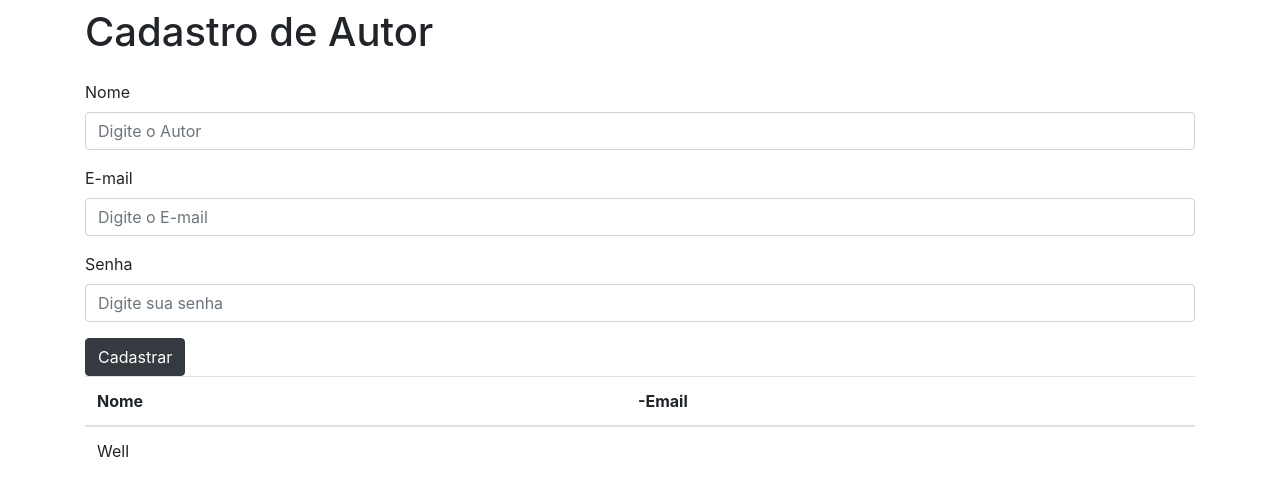
Repository: wellersonfc/simple-crud-react
Page: /
The author's editor kept a copy of each file at every save. The page is drawn from the files as they stood at one save, then again after the next save.
The browser window is 1280 px wide. The pictures show the whole page.
The project was rebuilt for these pictures with package versions that can differ from the ones it lists, and the page was loaded fresh each time.

Above is the page before, as saved 2019-09-22 16:13:48.

### src/App.js
import React, {Component} from 'react';
import logo from './logo.svg';
import 'bootstrap/dist/css/bootstrap.min.css';

class App extends Component {

  constructor(){
    super();
    this.state = {Lista : [{nome:'Luiz',email:'luiz@gosto.com', senha:'123456'}]};
  }

  render(){
    return(
      <div class="container">
        <h1 className="pt-2">Cadastro de Autor</h1>

        <div className="form-cadastro pt-3">
          <form>
            <div class="form-group">
              <label for="exampleInputEmail1">Nome</label>
              <input id="nome" class="form-control" type="text" name="nome" value=""  placeholder="Digite o Autor"/>
            </div>
            <div class="form-group">
              <label for="exampleInputEmail1">E-mail</label>
              <input id="email" class="form-control" type="email" name="email" value=""  placeholder="Digite o E-mail"/>
            </div>
            <div class="form-group">
              <label for="senha">Senha</label>
              <input type="password" class="form-control" id="senha" placeholder="Digite sua senha"/>
            </div>
            <button type="submit" class="btn btn-dark">Cadastrar</button>
          </form>
        </div>
        <div className="listagem">
          <table className="table">
            <thead>
              <tr>
                <th>Nome</th>
                <th>-Email</th>
              </tr>
            </thead>
            <tbody>
                <tr>
                  <td>Well</td>
                  <td></td>
                </tr>
            </tbody>
          </table>
        </div>
      </div>
    );
  }
}


export default App;

Loaded but not shown: public/index.html (common file); src/index.js (common file); src/index.css (common file); src/serviceWorker.js (common file)

After the next save:
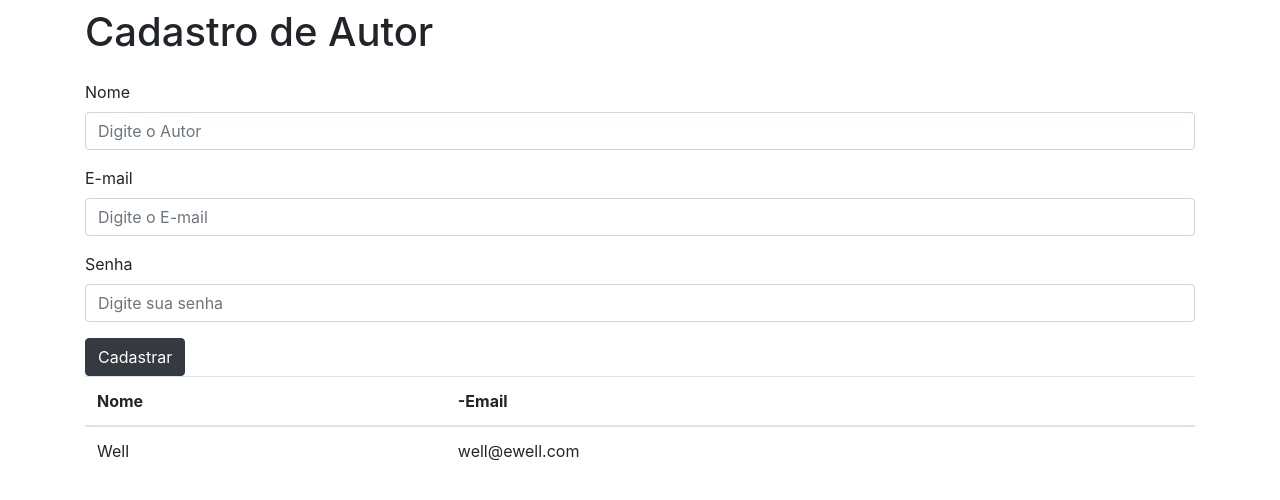
Saved 6 s later.
--- a/src/App.js
+++ b/src/App.js
@@ -42,7 +42,7 @@ class App extends Component {
             <tbody>
                 <tr>
                   <td>Well</td>
-                  <td></td>
+                  <td>well@ewell.com</td>
                 </tr>
             </tbody>
           </table>
